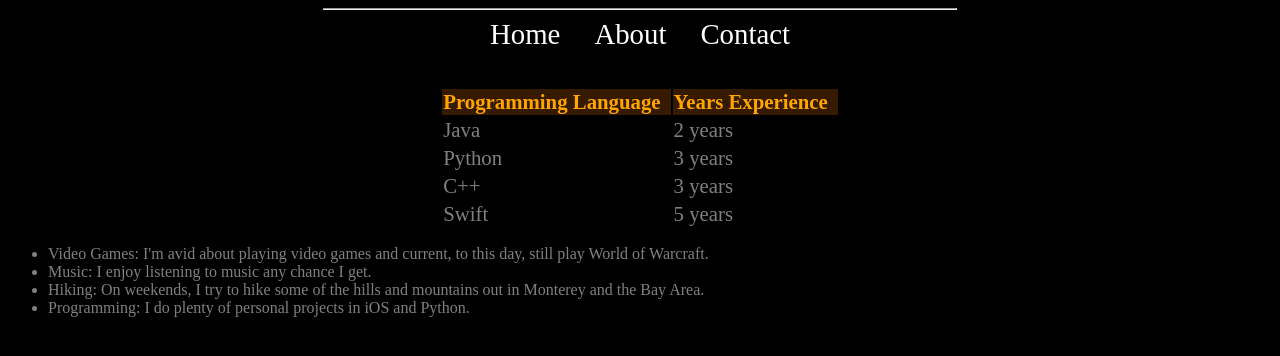
Repository: Sovereign5/cst336
Page: hbs/public/personal_portfolio/about.html
The author's editor kept a record of every edit. The page is drawn from the files as they stood at one moment, then again after the next edit.
The browser window is 1280 px wide. The pictures show the whole page.

Above is the page before.

After the next edit:
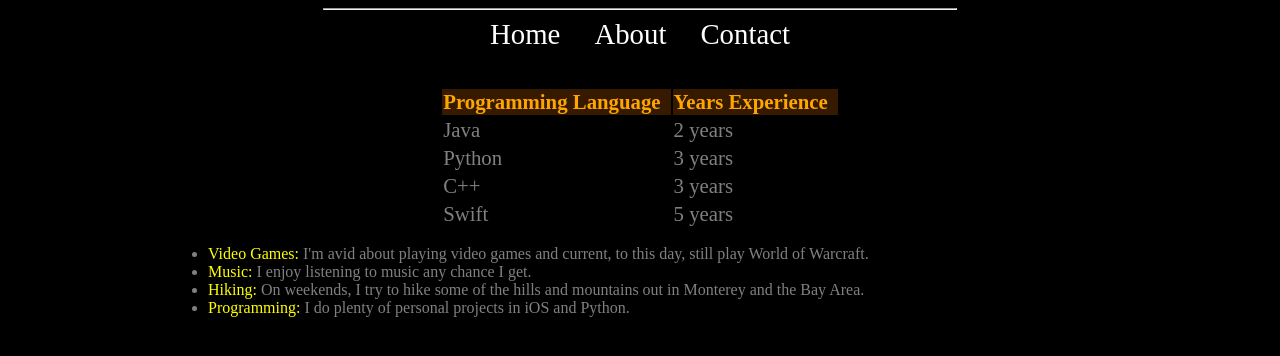
The edit:
--- a/hbs/public/personal_portfolio/css/styles.css
+++ b/hbs/public/personal_portfolio/css/styles.css
@@ -60,3 +60,12 @@
 .table-row {
     background-color: #75300;
 }
+
+ul {
+    text-align: left;
+    padding-left: 200px;
+}
+
+.hobby {
+    color: yellow;
+}
